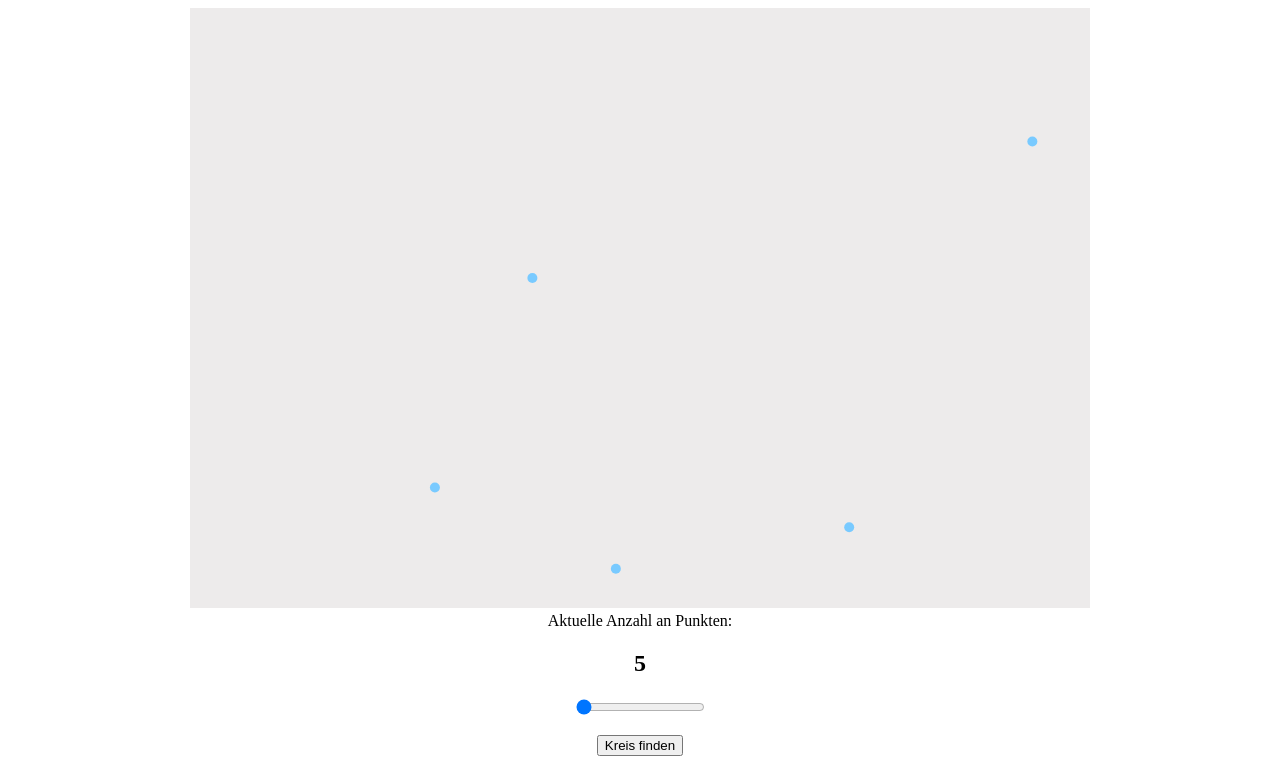
Repository: alexibri/ProgAufgabe_Alexander_Breitner
Page: index.html
These files come from the project's save history. The page is drawn as it stood at one moment and after the next save; the edit follows.
The browser window is 1280 px wide. The pictures show the whole page.

Above is the page before, as saved 2026-01-14 13:37:15.

After the next save:
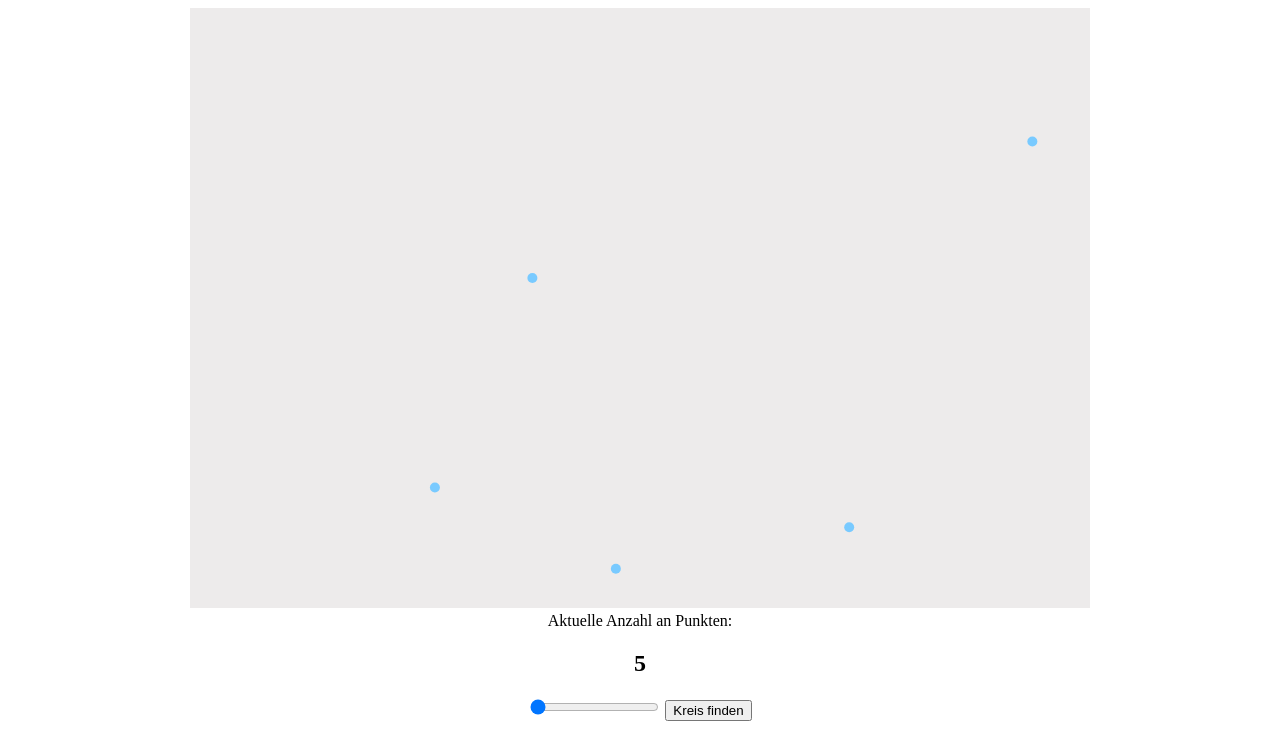
Saved 43 min 11 s later.
--- a/index.html
+++ b/index.html
@@ -21,7 +21,6 @@
         </h2>
         <p></p>
         <input type="range" id="countSlider" min="5" max="19" step="2" value="5" />
-        <p></p>
         <button class="btn" id="search">
             Kreis finden
         </button>
